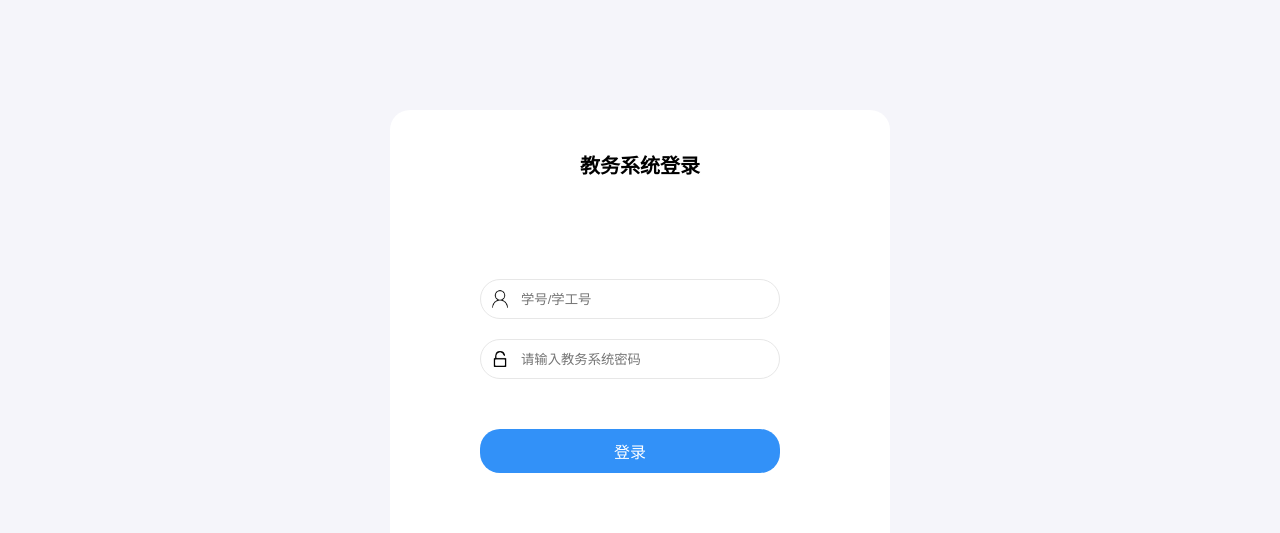
Repository: yangziteng/System
Page: / (app in myreact/)
An editor plug-in stored every save of this project. The page is shown before and after the next save, followed by the edit.
The browser window is 1280 px wide. The pictures show the whole page.
The project was rebuilt for these pictures with package versions that can differ from the ones it lists, and the page was loaded fresh each time. Also part of the build but not shown: myreact/vite.config.js, myreact/src/App.css, myreact/src/App.jsx, myreact/src/log.jsx.

Above is the page before, as saved 2022-07-08 14:57:44.

### myreact/src/main.jsx
import React from 'react'
import ReactDOM from 'react-dom/client'
import App from './App'
import LOG from './log'
import './index.css'
import Login from "./pages/Login/Login"
const p = {name:"杨",age:12}
ReactDOM.createRoot(document.getElementById('root')).render(
  <React.StrictMode>
    {/* //解构赋值 语法 */}

    <Login/>


  </React.StrictMode>
)

### myreact/src/pages/Login/Login.jsx
import { useState } from 'react'
import { Component } from 'react'
import "./Login.css"
import img2 from "./images/p.png"
import img from "./images/a.png" //引入图片
class Login extends Component {
    constructor() {
        super()
    }
    render() {
        return (
            <div className='bgc'>
                <div className='model'>
                    <div className='model-head'>教务系统登录</div>
                    <div className='model-body'>
                        <div className='username'>
                            <input type="text" placeholder='学号/学工号' className='model-body-input' >
                            </input>
                            <img className='img' src={img} alt="" />
                        </div>
                        <div className='pwd'>
                            <input type="password" placeholder='请输入教务系统密码' className='model-body-input' >
                            </input>
                            <img className='img' src={img2} alt="" />
                        </div>
                        <div className='model-end'>
                            登录
                        </div>
                    </div>

                </div>
            </div>
        )
    }
}
export default Login

### myreact/src/pages/Login/Login.css

.bgc{
    background-color: rgba(245,245,250);
    width: 100vw;
    height: 100vh;
    display:flex;
    align-items: center;
}
.model{
    width: 500px;
    height: 500px;
    background-color: white;
    border-radius: 20px;
    margin:0 auto;
}
.model-head{
    text-align: center;
    margin-top:40px;
    font-size: 20px;
    font-weight: 800;
}
.model-body{

    margin-top:100px;

}
.username{
    display: flex;
    justify-content: center;
    align-items: center;
    position: relative;

}
.pwd{
    display: flex;
    justify-content: center;
    align-items: center;
    position: relative;
    margin-top:20px
}
.model-body-input{
    width: 300px;
    height: 40px;
    outline: none;
    border-radius: 20px;
    padding-left:40px ;
    box-sizing: border-box;
    border:1px solid #e7e7e7
}

.img{
    width: 20px;
    height: 20px;
    position: relative;
    right: 290px;
    /* right:290px */
}
.model-end{
    width: 300px;
    background-color: rgba(50,145,248);
    /* letter-spacing: 40px; */
    border-radius: 20px;
    padding: 10px 0px;
    text-align: center;
    color:white;
    margin:0 auto;
    position: relative;
    right:10px;
    margin-top:50px;
}
.end{
    position: relative;
}

Loaded but not shown: myreact/index.html (common file); myreact/src/index.css (common file)

After the next save:
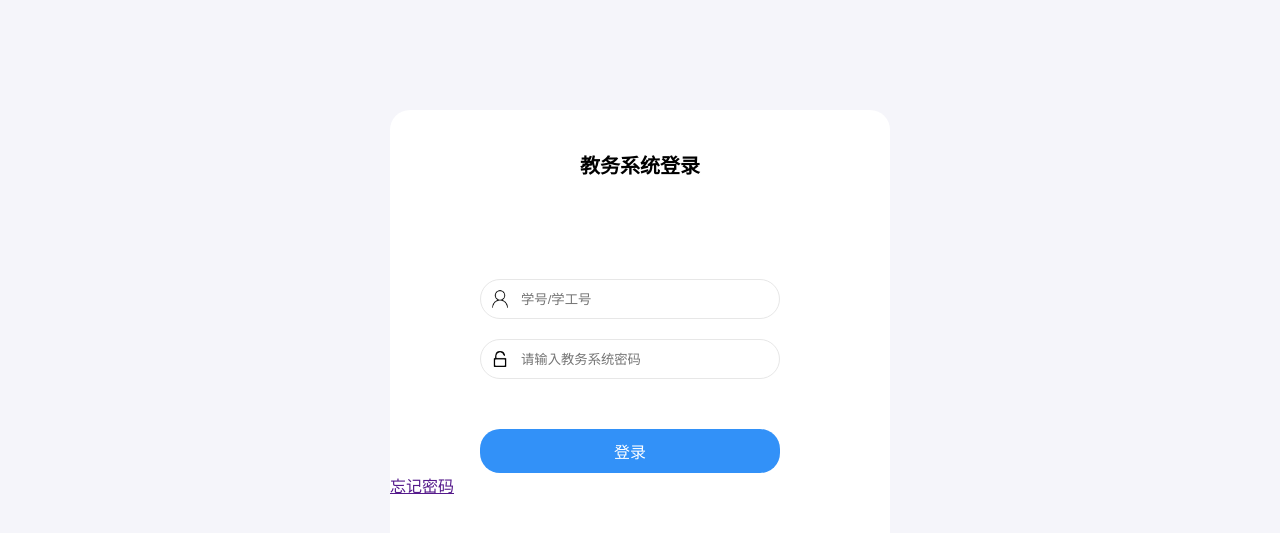
Saved 2 s later.
--- a/myreact/src/pages/Login/Login.jsx
+++ b/myreact/src/pages/Login/Login.jsx
@@ -27,7 +27,9 @@ class Login extends Component {
                             登录
                         </div>
                     </div>
-
+                    <div className='end'>
+                        <a href="">忘记密码</a>
+                    </div>
                 </div>
             </div>
         )
